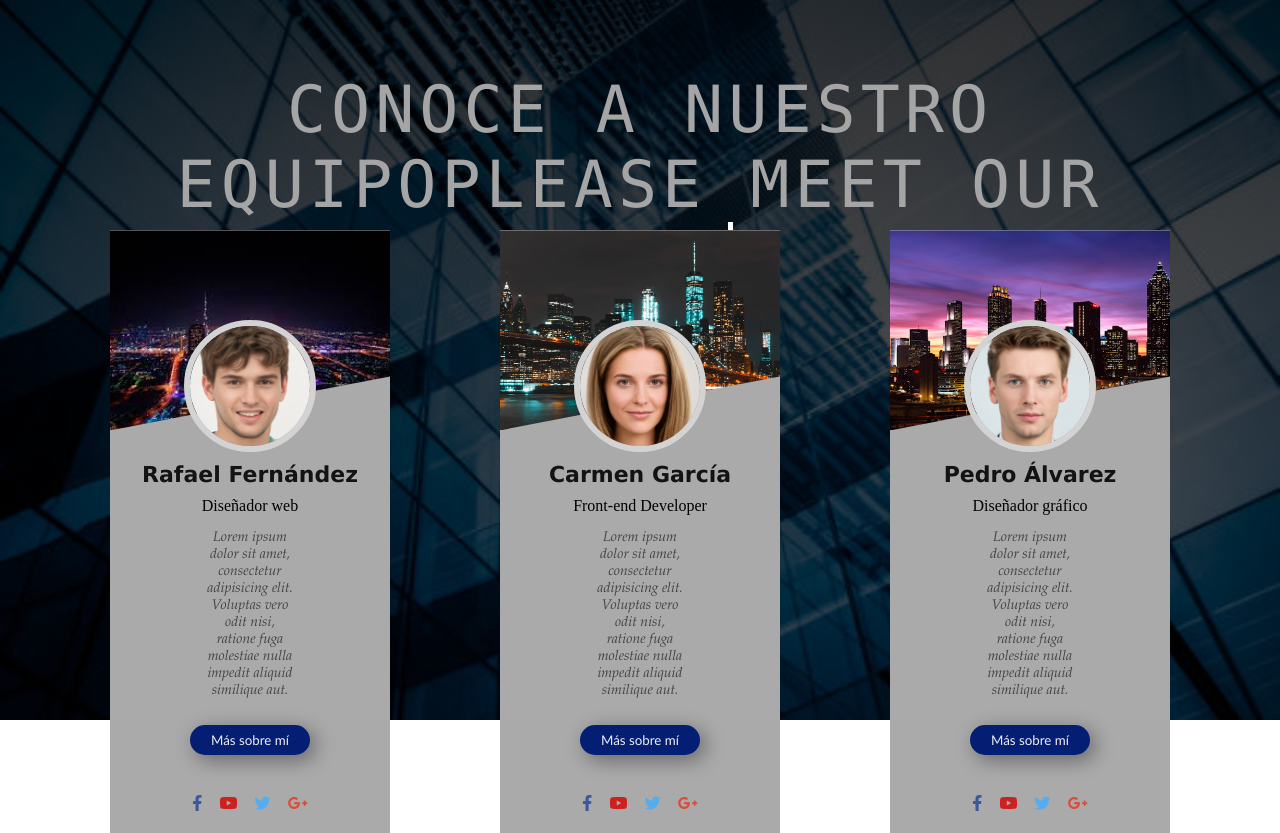
Repository: RaquelAlvarezz/Ejercicios-FormawebIV
Page: Equipo/index.html
An editor plug-in stored every save of this project. The page is shown before and after the next save, followed by the edit.
The browser window is 1280 px wide. The pictures show the whole page.

Above is the page before, as saved 2021-11-24 08:56:38.

### Equipo/index.html
<!DOCTYPE html>
<html lang="es">
<head>
  <meta charset="UTF-8">
  <meta http-equiv="X-UA-Compatible" content="IE=edge">
  <meta name="viewport" content="width=device-width, initial-scale=1.0">
  <title>Tarjetas equipo</title>
  <link rel="stylesheet" href="css/styles.css">
  <link rel="stylesheet" href="https://use.fontawesome.com/releases/v5.15.0/css/all.css" integrity="sha384-OLYO0LymqQ+uHXELyx93kblK5YIS3B2ZfLGBmsJaUyor7CpMTBsahDHByqSuWW+q" crossorigin="anonymous">
  <link rel="icon" href="https://w7.pngwing.com/pngs/506/152/png-transparent-computer-icons-teamwork-teamwork-miscellaneous-hand-logo-thumbnail.png">
</head>
<body cz-shortcut-listen="true">
	<div class="container">
		<div class="heading">Conoce a nuestro equipo</div>
		<div class="cards-wrapper">
			<div class="card">
				<img src="img/descarga.jpg" class="image-top" alt="">
				<img src="img/Rafa.jpg" class="profile-image" alt="">
				<h1 class="fullname">Rafael Fernández</h1>
				<p class="job">Diseñador web</p>
				<p class="about-me">Lorem ipsum dolor sit amet, consectetur adipisicing elit. Voluptas vero odit nisi, ratione fuga molestiae nulla impedit aliquid similique aut.</p>
				<button type="button">Más sobre mí</button>
				<ul class="social-icons">
					<li><a href="#"><i class="fab fa-facebook-f"></i></a></li>
					<li><a href="#"><i class="fab fa-youtube"></i></a></li>
					<li><a href="#"><i class="fab fa-twitter"></i></a></li>
					<li><a href="#"><i class="fab fa-google-plus-g"></i></a></li>
				</ul>
			</div>
			<div class="card">
				<img src="img/photo-1500632907344-a073709b2448.jpg" class="image-top" alt="">
				<img src="img/Carmen.jpg" class="profile-image" alt="">
				<h1 class="fullname">Carmen García</h1>
				<p class="job">Front-end Developer</p>
				<p class="about-me">Lorem ipsum dolor sit amet, consectetur adipisicing elit. Voluptas vero odit nisi, ratione fuga molestiae nulla impedit aliquid similique aut.</p>
				<button type="button">Más sobre mí</button>
				<ul class="social-icons">
					<li><a href="#"><i class="fab fa-facebook-f"></i></a></li>
					<li><a href="#"><i class="fab fa-youtube"></i></a></li>
					<li><a href="#"><i class="fab fa-twitter"></i></a></li>
					<li><a href="#"><i class="fab fa-google-plus-g"></i></a></li>
				</ul>
			</div>
			<div class="card">
				<img src="img/unnamed.jpg" class="image-top" alt="">
				<img src="img/Pedro.jpg" class="profile-image" alt="">
				<h1 class="fullname">Pedro Álvarez</h1>
				<p class="job">Diseñador gráfico</p>
				<p class="about-me">Lorem ipsum dolor sit amet, consectetur adipisicing elit. Voluptas vero odit nisi, ratione fuga molestiae nulla impedit aliquid similique aut.</p>
				<button type="button">Más sobre mí</button>
				<ul class="social-icons">
					<li><a href="#"><i class="fab fa-facebook-f"></i></a></li>
					<li><a href="#"><i class="fab fa-youtube"></i></a></li>
					<li><a href="#"><i class="fab fa-twitter"></i></a></li>
					<li><a href="#"><i class="fab fa-google-plus-g"></i></a></li>
				</ul>
			</div>
		</div>
	</div>
	<script src="js/script.js"></script>
</body>
</html>

### Equipo/css/styles.css
@charset "utf-8";
/* CSS Document */

*{
	margin: 0;
	padding: 0;
}

.container{
	width: 100%;
	height: 100vh;
	background: linear-gradient(rgb(0, 0, 0, .8), rgba(0, 0, 0, .6)), url("/Equipo/img/istockphoto-902746420-612x612.jpg") center no-repeat;
	background-size: cover;
}

.heading{
	color: rgb(165, 165, 165);
	font-size: 70px;
	position: absolute;
	top: 10%;
	left: 50%;
	transform:  translateX(-50%);
	font-family: Consolas, "Andale Mono", "Lucida Console", "Lucida Sans Typewriter", Monaco, "Courier New", "monospace";
	text-transform: uppercase;
	letter-spacing: 5px;
	text-align: center;
	white-space: pre-wrap;
}

.heading::after{
	content: '';
	width: 5px;
	height: 55px;
	background-color: #fff;
	position: absolute;
	animation: blinking 1s 3s infinite;
}

@keyframes blinking{
	0%{background-color: #FFFFFF}
	50%{background-color: transparent}
	100%{background-color: #fff}
}

.cards-wrapper{
	width: 80%;
	display: flex;
	justify-content: space-evenly;
	position: relative;
	top: 35%;
	left: 50%;
	transform: translateX(-50%);
}

.card{
	width:  280px;
	background-color: rgb(170, 170, 170);
	display: flex;
	flex-direction: column;
	align-items: center;
	justify-content: space-evenly;
	transition: transform .5s;
}

@keyframes cardAnim{
	0%{opacity: 0}
	100%{opacity: 1}
}

.card:nth-child(1){
	animtion: cardAnim 2s 3s backwards;
}

.card:nth-child(2){
	animtion: cardAnim 2s 3.5s backwards;
}

.card:nth-child(3){
	animtion: cardAnim 2s 4s backwards;
}

.card:hover{
	transform: scale(1.1);
}

.image-top{
	width: 100%;
	height: 220px;
	object-fit: cover;
	-webkit-clip-path: polygon(0 0, 100% 0, 100% 73%, 0% 100%);
	clip-path: polygon(0 0, 100% 0, 100% 73%, 0% 100%);
}

.profile-image{
	width: 120px;
	height: 120px;
	object-fit: cover;
	border-radius: 50%;
	margin-top: -110px;
	z-index: 10;
	border: 6px solid rgb(211, 211, 211);
}

.card h1{
	font-family:'Lucida Sans', 'Lucida Sans Regular', 'Lucida Grande', 'Lucida Sans Unicode', Geneva, Verdana, sans-serif;
	font-size: 22px;
	color: rgb(19, 19, 19);
	margin: 10px;
	text-shadow: #444;
}

.job{
	font-family:'Lucida Sans', 'Lucida Sans Regular', 'Lucida Grande', 'Lucida Sans Unicode', Geneva, Verdana, sans-serif
	color: #777;
	font-weight: 300;
}

.about-me{
	font-family: Baskerville, "Palatino Linotype", Palatino, "Century Schoolbook L", "Times New Roman", "serif";
	font-size: 14px;
	width: 90px;
	margin: 15px 0;
	font-style: italic;
	color: #444;
	text-align: center;
}

.card button{
	width: 120px;
	padding: 7px;
	margin: 10px 0;
	background-color: rgb(4, 30, 116);
	border: none;
	outline: none;
	border-radius: 25px;
	font-family: "Gill Sans", "Gill Sans MT", "Myriad Pro", "DejaVu Sans Condensed", Helvetica, Arial, "sans-serif";
	color: #eee;
	box-shadow: 5px 5px 20px rgba(0, 0, 0, .4);
}

.card:hover button{
	animation: buttonRotation 2s 1s linear;
}

@keyframes buttonRotation{
	0% {transform: scale(1) rotateZ(0)}
    5% {transform: scale(1.2) rotateZ(5deg)}
    10% {transform: scale(1.2) rotateZ(-5deg)}
    15% {transform: scale(1.2) rotateZ(5deg)}
    20% {transform: scale(1.2) rotateZ(-5deg)}
    25% {transform: scale(1.2) rotateZ(5deg)}
    30% {transform: scale(1.2) rotateZ(-5deg)}
    35% {transform: scale(1.2) rotateZ(5deg)}
    40% {transform: scale(1.2) rotateZ(-5deg)}
    45% {transform: scale(1.2) rotateZ(5deg)}
    50% {transform: scale(1.2) rotateZ(-5deg)}
    55% {transform: scale(1.2) rotateZ(5deg)}
    60% {transform: scale(1.2) rotateZ(-5deg)}
    65% {transform: scale(1.2) rotateZ(5deg)}
    70% {transform: scale(1.2) rotateZ(-5deg)}
    75% {transform: scale(1.2) rotateZ(5deg)}
    80% {transform: scale(1.2) rotateZ(-5deg)}
    85% {transform: scale(1.2) rotateZ(5deg)}
    90% {transform: scale(1.2) rotateZ(-5deg)}
    95% {transform: scale(1.2) rotateZ(5deg)}
    100% {transform: scale(1) rotateZ(0)}
}

.social-icons{
	width: 150px;
	list-style: none;
	display: flex;
	justify-content: space-evenly;
	margin: 10px 0 20px 0;
	boder-top: 1px solid #999;
	padding-top: 20px;
}

.fa-facebook-f{
	color: #3b5999;
}

.fa-youtube{
	color: #cd201f;
}

.fa-twitter{
	color: #55acee;
}

.fa-google-plus-g{
	color: #dd4b39;
}

@media(max-width: 1300px){
	.heading{
		font-size: 65px;
		width: 80%;
	}
	.cards-wrapper{
		width: 100%;
		top: 32%;
	}
	.image-top{
		height: 200px;
	}
}

@media(max-width: 1000px){
	.container{
		height: 100%;
	}
	.heading{
		width: 90%;
	}
	.cards-wrapper{
		flex-wrap: wrap;
		padding:300px 0 200px 0;
	}
	.card{
		margin: 0 30px 50px 30px;
	}
}

@media(max-width: 700px){
	.heading{
		font-size: 50px;
	}
	.heading::after{
		height: 40px;
	}
}

@media(max-width: 450px){
	.heading{
		font-size: 40px;
	}
	.heading::after{
		height: 33px;
	}
	.cards-wrapper{
		padding: 25px 0 150px 0;
	}
}

### Equipo/js/script.js
// JavaScript Document
const heading = 'Please Meet Our Team';
let i = 0;

const typing = () => {
	if(i < heading.length){
		document.querySelector('.heading').innerHTML += heading.charAt(i);
		i++;

		setTimeout(typing, 150);
	}
}

typing();

After the next save:
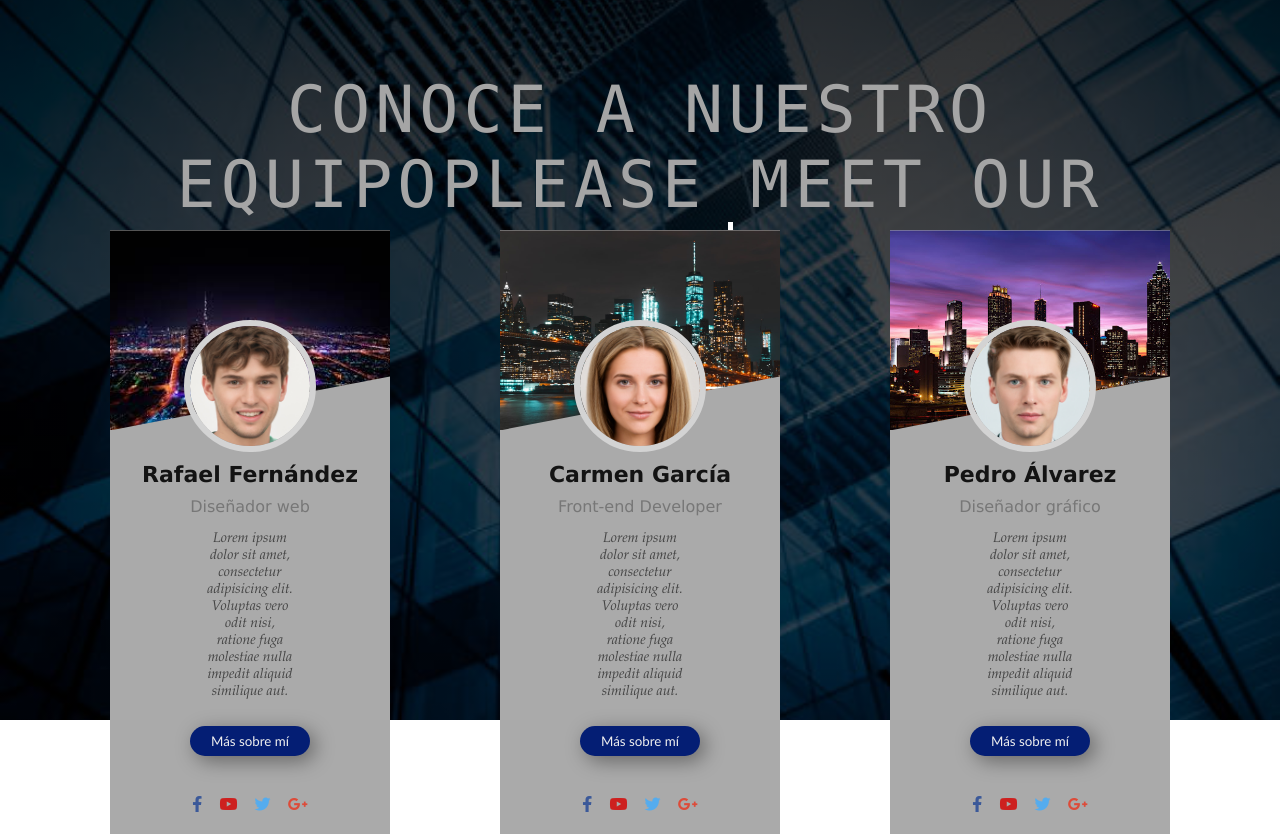
Saved 45 s later.
--- a/Equipo/css/styles.css
+++ b/Equipo/css/styles.css
@@ -110,9 +110,10 @@
 }
 
 .job{
-	font-family:'Lucida Sans', 'Lucida Sans Regular', 'Lucida Grande', 'Lucida Sans Unicode', Geneva, Verdana, sans-serif
+	font-family:'Lucida Sans', 'Lucida Sans Regular', 'Lucida Grande', 'Lucida Sans Unicode', Geneva, Verdana, sans-serif;
 	color: #777;
 	font-weight: 300;
+	font: size 12px;
 }
 
 .about-me{
